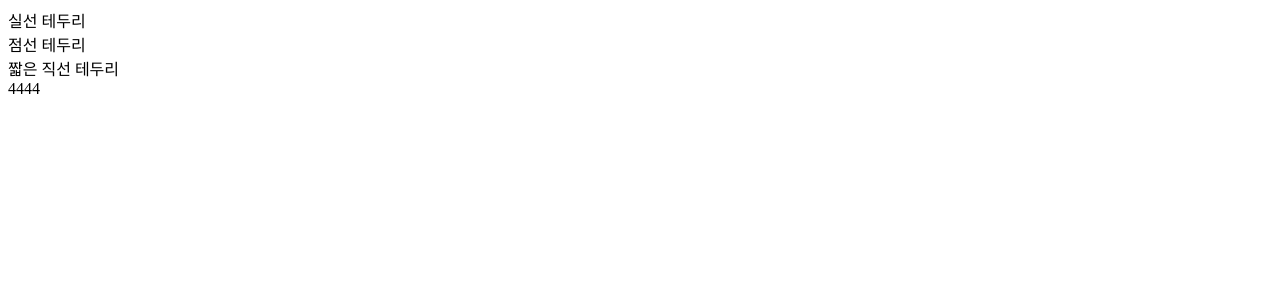
Repository: topyoungil/CodeMemories-ByJake
Page: HTML_CSS/WebContent/test/border-2.html
These files come from the project's save history. The page is drawn as it stood at one moment and after the next save; the edit follows.
The browser window is 1280 px wide. The pictures show the whole page.

Above is the page before, as saved 2022-09-27 13:47:34.

### HTML_CSS/WebContent/test/border-2.html
<!DOCTYPE html>
<html>
<head>
<meta charset="UTF-8">
<title>Insert title here</title>
<style>

	#box1 {
		border-width: 2px;
	}
	#box2 {
		border-width: thick thin;
	}
	#box3 {
		border-width: thick thin thin;
	}
	#box4 {
		border-width: 10px 5px 5px 10px;
	}

</style>
</head>
<body>
	<div id="box1">실선 테두리</div>
	<div id="box2">점선 테두리</div>
	<div id="box3">짧은 직선 테두리</div>
	<div id="box4">4444</div>
</body>
</html>

After the next save:
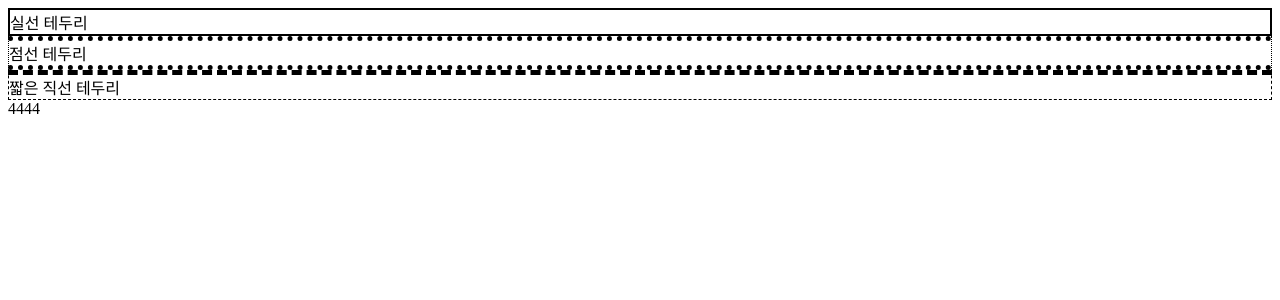
Saved 35 s later.
--- a/HTML_CSS/WebContent/test/border-2.html
+++ b/HTML_CSS/WebContent/test/border-2.html
@@ -4,6 +4,18 @@
 <meta charset="UTF-8">
 <title>Insert title here</title>
 <style>
+
+	#box1 {
+		border-style: solid;
+	}
+
+	#box2 {
+		border-style: dotted;
+	}
+
+	#box3 {
+		border-style: dashed;
+	}
 
 	#box1 {
 		border-width: 2px;

After the 2 saves that followed:
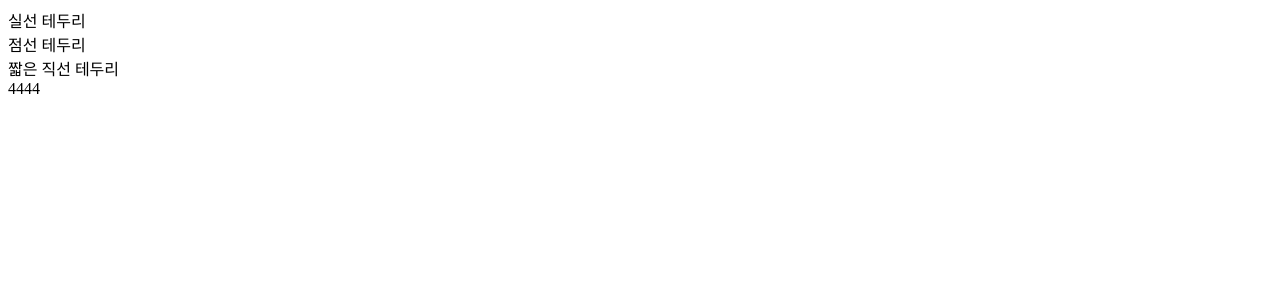
The 2 saves are shown as one change because 1 left the picture as it was.
The last was saved 28 s later.
--- a/HTML_CSS/WebContent/test/border-2.html
+++ b/HTML_CSS/WebContent/test/border-2.html
@@ -4,18 +4,6 @@
 <meta charset="UTF-8">
 <title>Insert title here</title>
 <style>
-
-	#box1 {
-		border-style: solid;
-	}
-
-	#box2 {
-		border-style: dotted;
-	}
-
-	#box3 {
-		border-style: dashed;
-	}
 
 	#box1 {
 		border-width: 2px;
